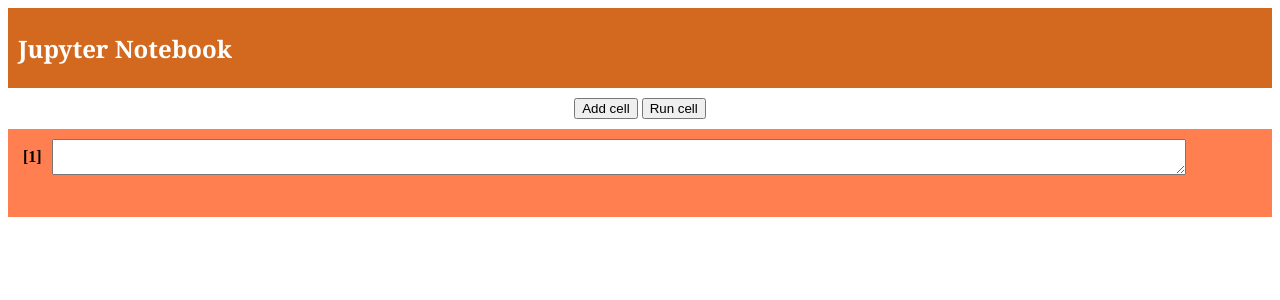
Repository: lingzi-liu/jupyter_notebook_prototype
Page: http://localhost/
An editor plug-in stored every save of this project. The page is shown before and after the next save, followed by the edit.
The browser window is 1280 px wide. The pictures show the whole page.
The page is served by the project's application, run on Flask 3 (app.py).

Above is the page before, as saved 2022-11-13 03:00:49.

After the next save:
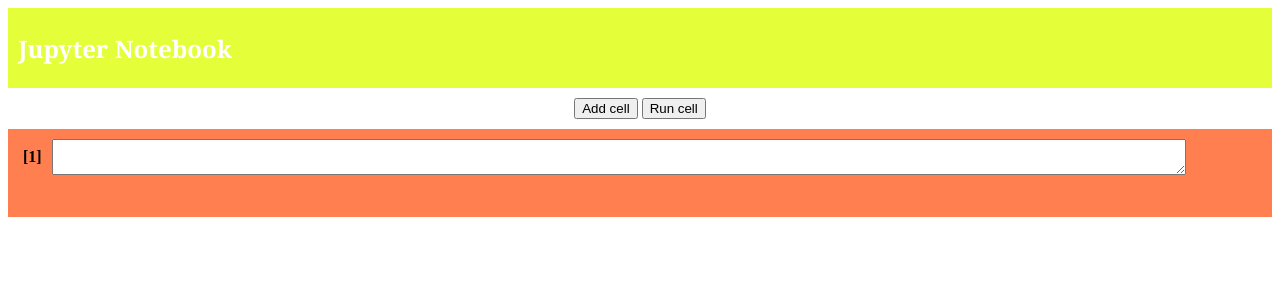
Saved 43 s later.
--- a/static/styles/style.css
+++ b/static/styles/style.css
@@ -1,6 +1,6 @@
 #nav {
   height: 80px;
-  background-color: chocolate;
+  background-color: rgb(228, 267, 58);
   font-weight: bold;
   display: flex;
   align-items: center;
